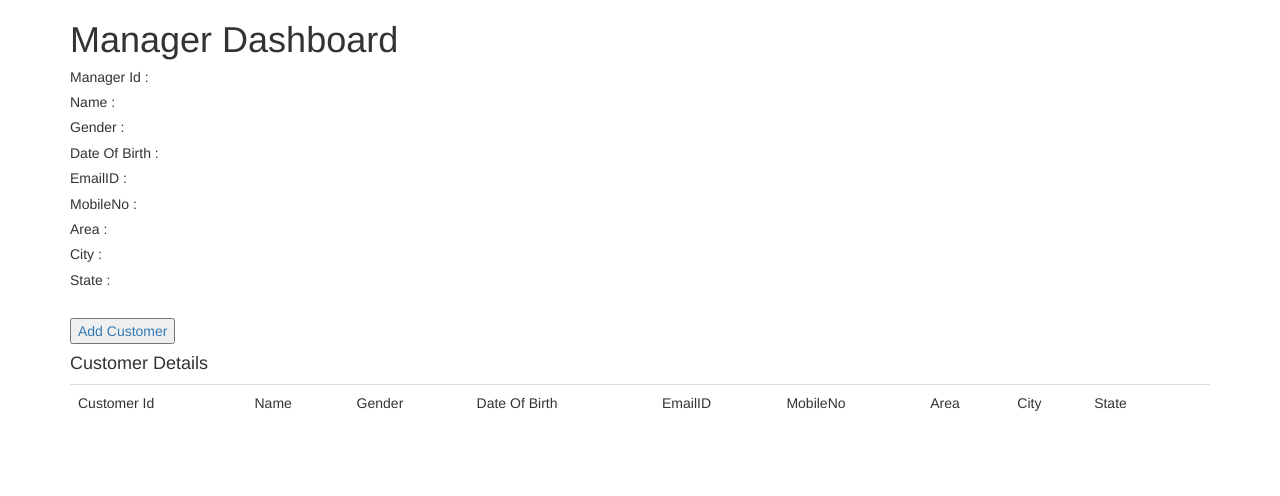
Repository: Shubham-Gawade/SpringHibernateTraining
Page: http://localhost/xorbankonline/WEB-INF/pages/managerhome.jsp
These files come from the project's save history. The page is drawn as it stood at one moment and after the next save; the edit follows.
The browser window is 1280 px wide. The pictures show the whole page.
The page is served by Tomcat 9. Nobody is signed in. Other server files are loaded and not shown. The template is opened directly, without the code that normally fills it, so the values that code supplies are empty.

Above is the page before, as saved 2021-10-06 13:49:35.

### xorbankonline/src/main/webapp/WEB-INF/pages/managerhome.jsp
<%@ page language="java" contentType="text/html; charset=ISO-8859-1"
    pageEncoding="ISO-8859-1"%>
<%@taglib uri="http://java.sun.com/jsp/jstl/core" prefix="c"%>
<!DOCTYPE html>
<html>
<head>
<meta charset="ISO-8859-1">
<title>Insert title here</title>
<link rel="stylesheet" href="https://maxcdn.bootstrapcdn.com/bootstrap/3.3.7/css/bootstrap.min.css">
</head>
<body class="container">
	<h1>Manager Dashboard</h1>

	<h5>Manager Id : ${manager.personId}</h5>
	<h5>Name : ${manager.personName}</h5>
	<h5>Gender : ${manager.gender}</h5>
	<h5>Date Of Birth : ${manager.dateOfBirth}</h5>
	<h5>EmailID : ${manager.emailId}</h5>
	<h5>MobileNo : ${manager.mobileNo}</h5>
	<h5>Area : ${manager.address.area}</h5>
	<h5>City : ${manager.address.city}</h5>
	<h5>State : ${manager.address.state}</h5>

	<h5>${manager.personId}</h5>
	<h5>${manager.personName}</h5>
	<h5>${manager.gender}</h5>
	<h5>${manager.dateOfBirth}</h5>
	<h5>${manager.emailId}</h5>
	<h5>${manager.mobileNo}</h5>
	<h5>${manager.address.area}</h5>
	<h5>${manager.address.city}</h5>
	<h5>${manager.address.state}</h5>
	<br/>
	<a href="addCustomer"><button>Add Customer</button></a>
	<br/>
	<h4>Customer Details</h4>
	<table class="table">
		<tr>
			<td>Customer Id</td>
			<td>Name</td>
			<td>Gender</td>
			<td>Date Of Birth</td>
			<td>EmailID</td>
			<td>MobileNo</td>
			<td>Area</td>
			<td>City</td>
			<td>State</td>
			<td></td>
		</tr>
		<c:forEach items="${customers}" var="customer">
			<td>${customer.personId}</td>
			<td>${customer.personName}</td>
			<td>${customer.gender}</td>
			<td>${customer.dateOfBirth}</td>
			<td>${customer.emailId}</td>
			<td>${customer.mobileNo}</td>
			<td>${customer.address.area}</td>
			<td>${customer.address.city}</td>
			<td>${customer.address.state}</td>
			<td><a href="showCustomer/${customer.personId}"><button>View Details</button></a></td>
		</c:forEach>
	</table>
</body>
</html>

After the next save:
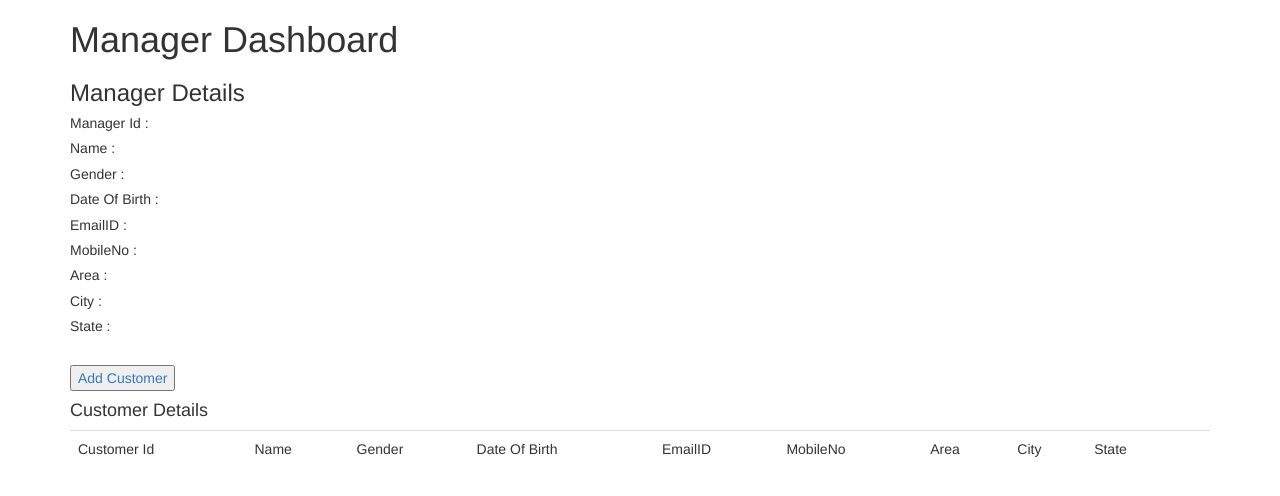
Saved 17 s later.
--- a/xorbankonline/src/main/webapp/WEB-INF/pages/managerhome.jsp
+++ b/xorbankonline/src/main/webapp/WEB-INF/pages/managerhome.jsp
@@ -11,6 +11,7 @@
 <body class="container">
 	<h1>Manager Dashboard</h1>
 
+	<h3>Manager Details</h3>
 	<h5>Manager Id : ${manager.personId}</h5>
 	<h5>Name : ${manager.personName}</h5>
 	<h5>Gender : ${manager.gender}</h5>
